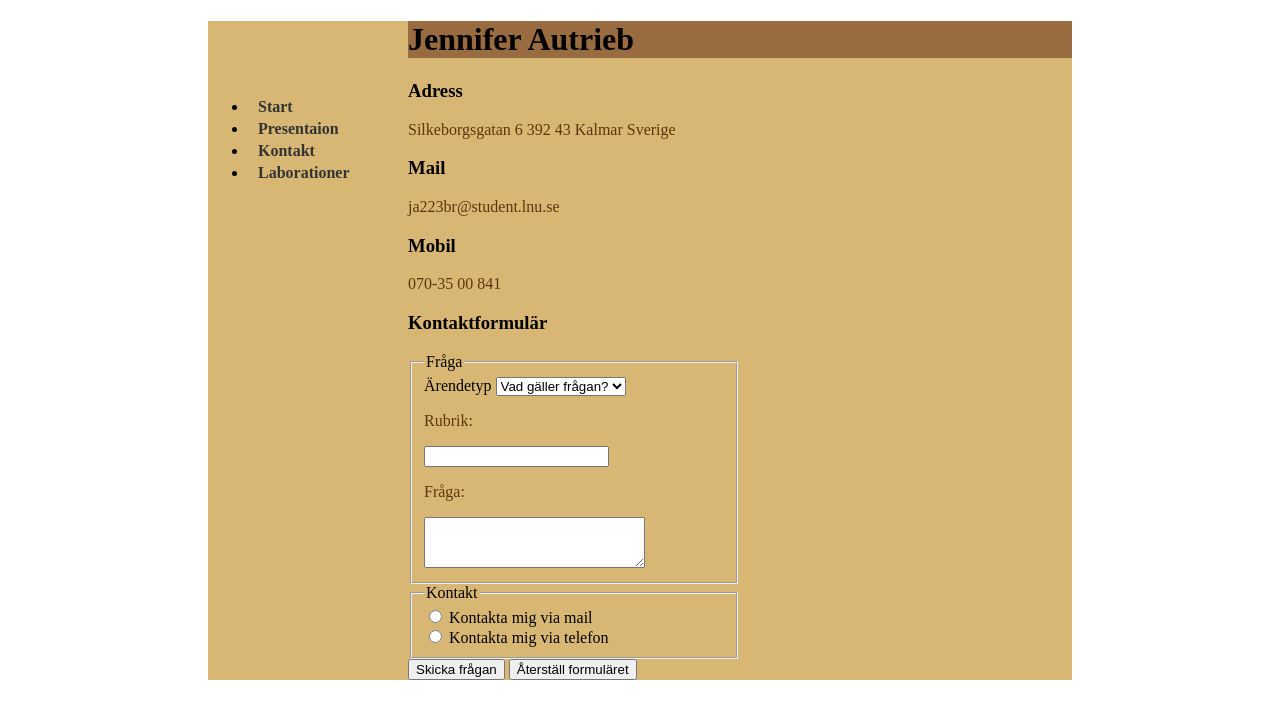
Repository: JeAut/1ik415-JeAut-laborationer
Page: WWW/pages/kontakt.html
The author's editor kept a record of every edit. The page is drawn from the files as they stood at one moment, then again after the next edit.
The browser window is 1280 px wide. The pictures show the whole page.

Above is the page before.

### WWW/pages/kontakt.html
<!DOCTYPE html>
<html>
    <head>
        <meta http-equiv="content-type" content="text/html; charset=utf-8" />
        <title>Kontakt</title>

        <link rel="stylesheet" href="../../css/style.css"/>
    </head>
    <body>
        <div id="body">
        <div id="header"><h1>Jennifer Autrieb</h1></div>

        <ul>
            <div id="navigation">
            <div id="menyli">
            <div id="menylia">
            <p><li><a href="../index.html"> Start</a></li>
            <li><a href="Presentation.html"> Presentaion</a></li>
            <li><a href="kontakt.html"> Kontakt</a></li>
            <li><a href="laborationer.html"> Laborationer</a></li></p>
            </div>
            </div>
            </div>
        </ul>

        <div id="container"><h3>Adress</h3>
        <p>Silkeborgsgatan 6
        392 43 Kalmar
        Sverige</p>

        <h3>Mail</h3>
        <p>ja223br@student.lnu.se</p>

        <h3>Mobil</h3>
        <p>070-35 00 841</p>




        <h3>Kontaktformulär</h3>

        <form id="formulär" name="formulär" method="post" action="http://voyager.lnu.se/tekinet/kurser/dtt/wp_webbintro/form.php">
        <fieldset style="width: 300px;">
            <legend>Fråga</legend>
            <label for="select">Ärendetyp</label>
            <select name="Ärende" id="Ärende">
            <option>Vad gäller frågan?</option>
            <option>Allmänna frågor</option>
            <option>Publikationer</option>
            <option>Kontakt</option>
            </select>
            <p><label for="rubrik">Rubrik:</label></p>
            <input type="text" name="rubrik" id="rubrik" />
            <p><label for="fraga">Fråga:</label></p>
            <textarea name="fraga" id="fraga" cols="25" rows="3"
            wrap="physical"></textarea>
        </fieldset>
        <fieldset style="width: 300px;">
            <legend>Kontakt</legend>


            <input type="radio" name="kontakt" id="mail" value="mail" />
            <label for="var">Kontakta mig via mail</label> <br />

            <input type="radio" name="kontakt" id="telefon" value="telefon" />
            <label for="sommar">Kontakta mig via telefon</label> <br />
        </fieldset>

        <input type="submit" name="submit" id="submit" value="Skicka frågan" />
        <input type="reset" name="reset" id="reset" value="Återställ formuläret" />
         </form>
        </div>
        </div>
    </body>
</html>

### css/style.css
/*Layout*/

#navigation {display:block; float:left; ;
}

#container {display:block; background-color:#D8B774; margin-left:200px;
}

#header {display:block; margin-left:200px; background-color:#986C40;
}

#body {margin-right:200px; margin-left:200px; background-color:#D8B774;
}

p {color:#5F350B;}

/*Listelement <li> meny*/

#bc {
    background-color:#D8B774;
}

#ulsidemenu {
    padding:0px;
    margin:0px;
    list-style:none;
    font-family:Verdana, Arial, Helvetica, sans-serif;
    border-bottom:1px solid #6F3E04;
    width:150px;
    background-color:#F6DEA5;
}

#ulsidemenu2 {
    border-top:1px solid #6F3E04;
    border-left:1px solid #6F3E04;
    border-right:1px solid #6F3E04;
}

a {
    text-decoration:none;
    display:block;
    width:130px;
    color:#333333;
    font-weight:bold;
    padding:2px 10px;
}
a:hover {
    background-color:#B9BB79;
    color:#EEEEDC;
}

After the next edit:
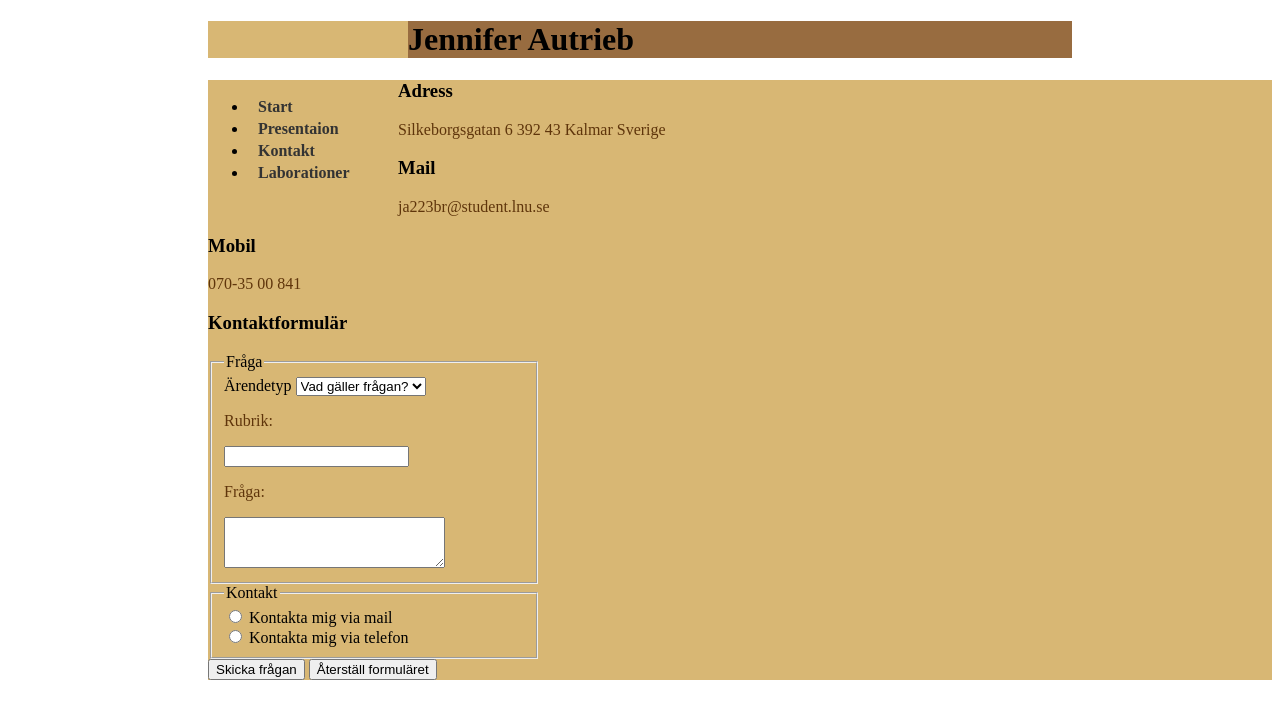
The edit:
--- a/WWW/pages/kontakt.html
+++ b/WWW/pages/kontakt.html
@@ -12,8 +12,7 @@
 
         <ul>
             <div id="navigation">
-            <div id="menyli">
-            <div id="menylia">
+
             <p><li><a href="../index.html"> Start</a></li>
             <li><a href="Presentation.html"> Presentaion</a></li>
             <li><a href="kontakt.html"> Kontakt</a></li>
